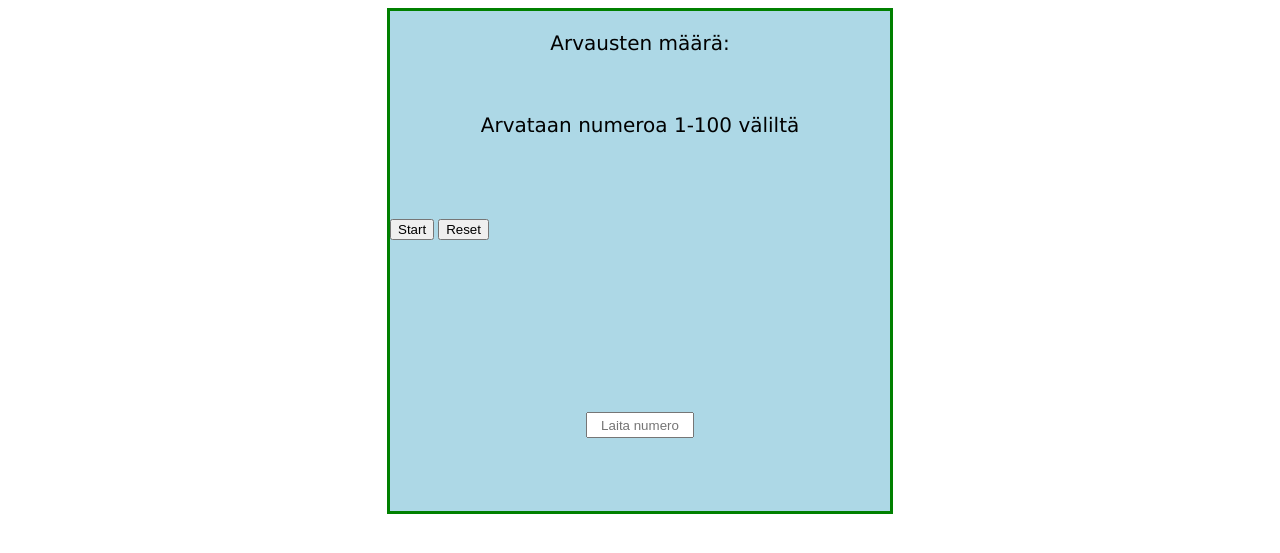
Repository: VadimZubchenko/numeronarvouspeli_JS
Page: public/index.html
These files come from the project's save history. The page is drawn as it stood at one moment and after the next save; the edit follows.
The browser window is 1280 px wide. The pictures show the whole page.

Above is the page before, as saved 2022-04-26 08:15:22.

After the next save:
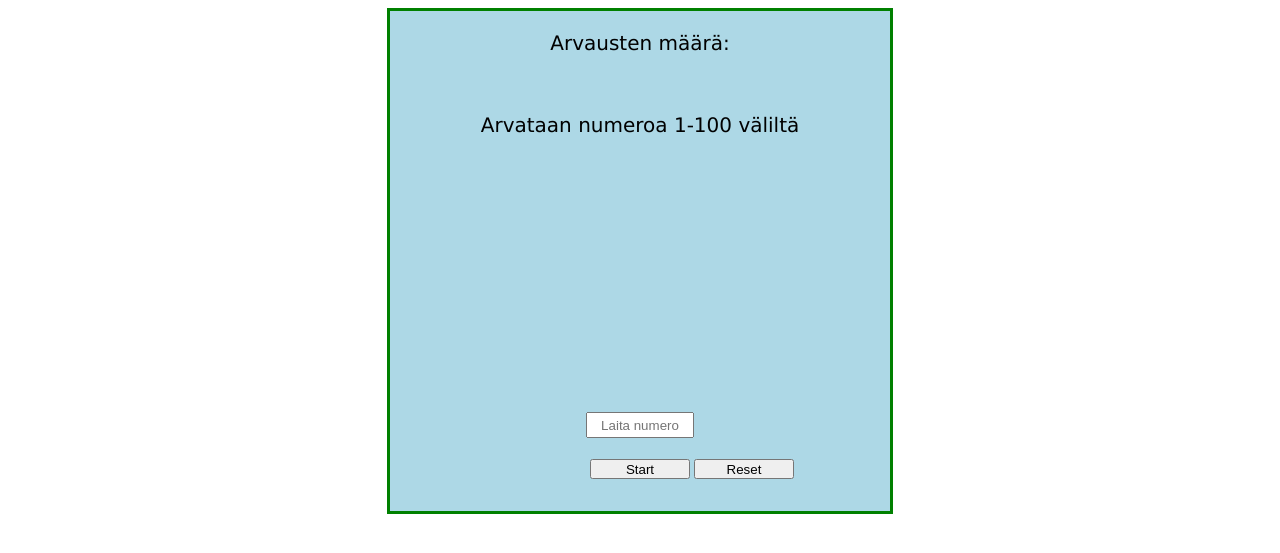
Saved 39 s later.
--- a/public/mystyle.css
+++ b/public/mystyle.css
@@ -8,7 +8,7 @@
   border: 3px solid green;
   background-color: lightblue;
 }
-input {
+input, button {
   height: 20px;
   width: 100px;
   color: black;
@@ -20,6 +20,7 @@
   transform: translate(-50%, -50%);
 }
 
+
 p {
   font-family: verdana;
   font-size: 20px;

After the save that followed:
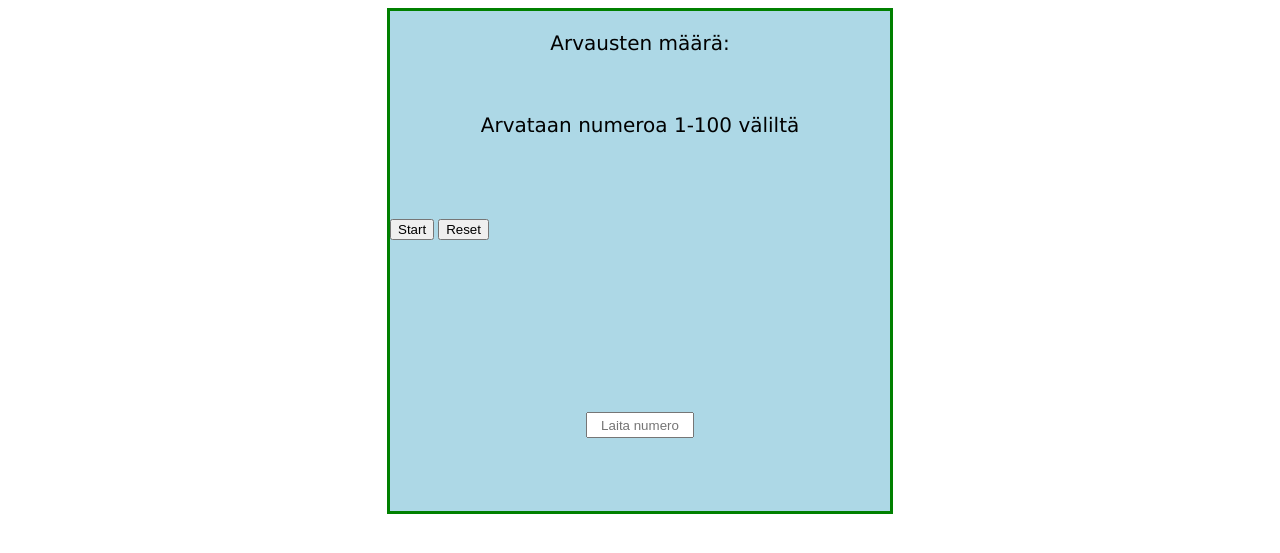
Saved 40 s later.
--- a/public/mystyle.css
+++ b/public/mystyle.css
@@ -8,7 +8,7 @@
   border: 3px solid green;
   background-color: lightblue;
 }
-input, button {
+input {
   height: 20px;
   width: 100px;
   color: black;
@@ -20,6 +20,9 @@
   transform: translate(-50%, -50%);
 }
 
+button {
+
+}
 
 p {
   font-family: verdana;
